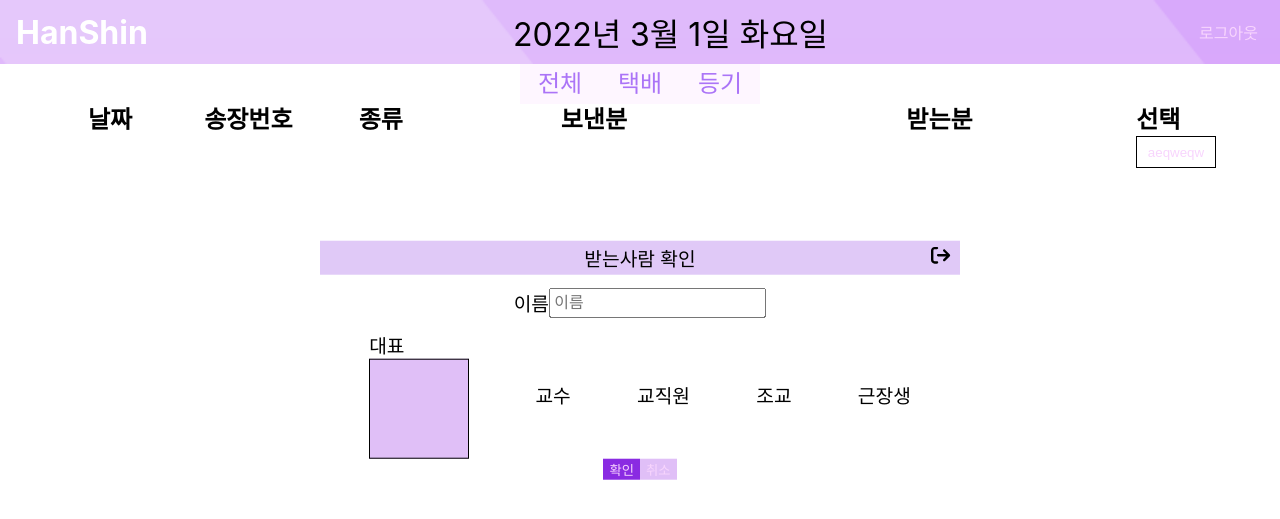
Repository: SeungYn/hanshinClient
Page: /, after clicking the first element matching `button.package_d2e76_submitBtn`
The author's editor kept a copy of each file at every save. The page is drawn from the files as they stood at one save, then again after the next save.
The browser window is 1280 px wide. The pictures show the whole page.
The page's requests for data from a server got no answer. The project was rebuilt for these pictures with package versions that can differ from the ones it lists, and the page was loaded fresh each time. No one was signed in, and anything a server would have sent is missing. Also part of the build but not shown: src/App.css, src/components/item/item.jsx, src/components/addboxs/addBoxs.jsx.

Above is the page before, as saved 2022-03-01 02:37:28.

After the next save:
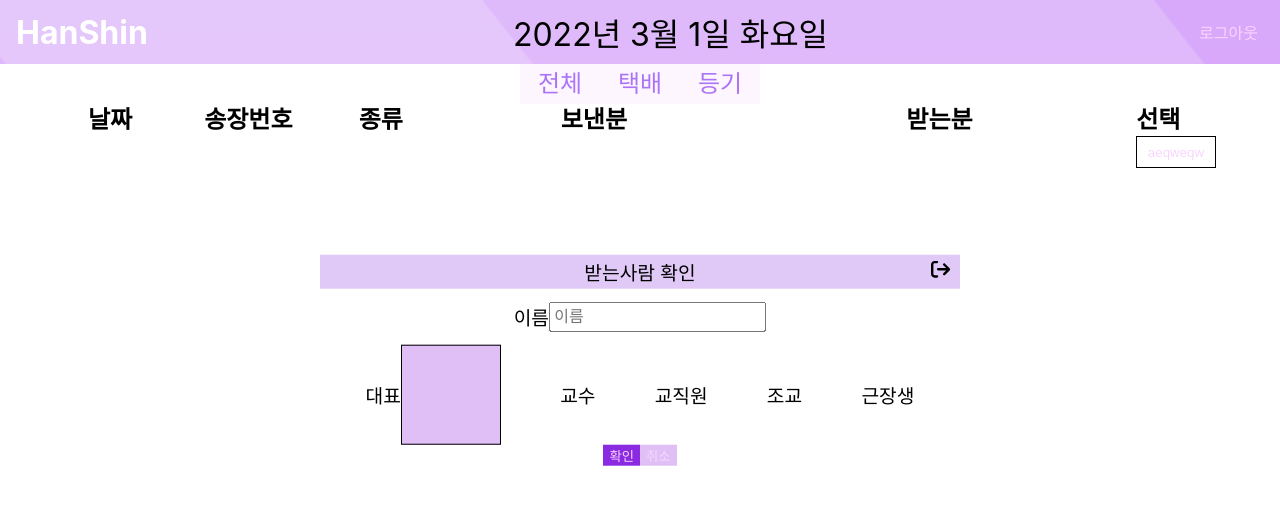
Saved 52 s later.
--- a/src/components/receiverInput/receiverInput.module.css
+++ b/src/components/receiverInput/receiverInput.module.css
@@ -61,7 +61,7 @@ input[type='radio']:checked {
   background-color: aqua;
 }
 
-.radio__label {
+.radio__label__group {
   display: flex;
   align-items: center;
 }
